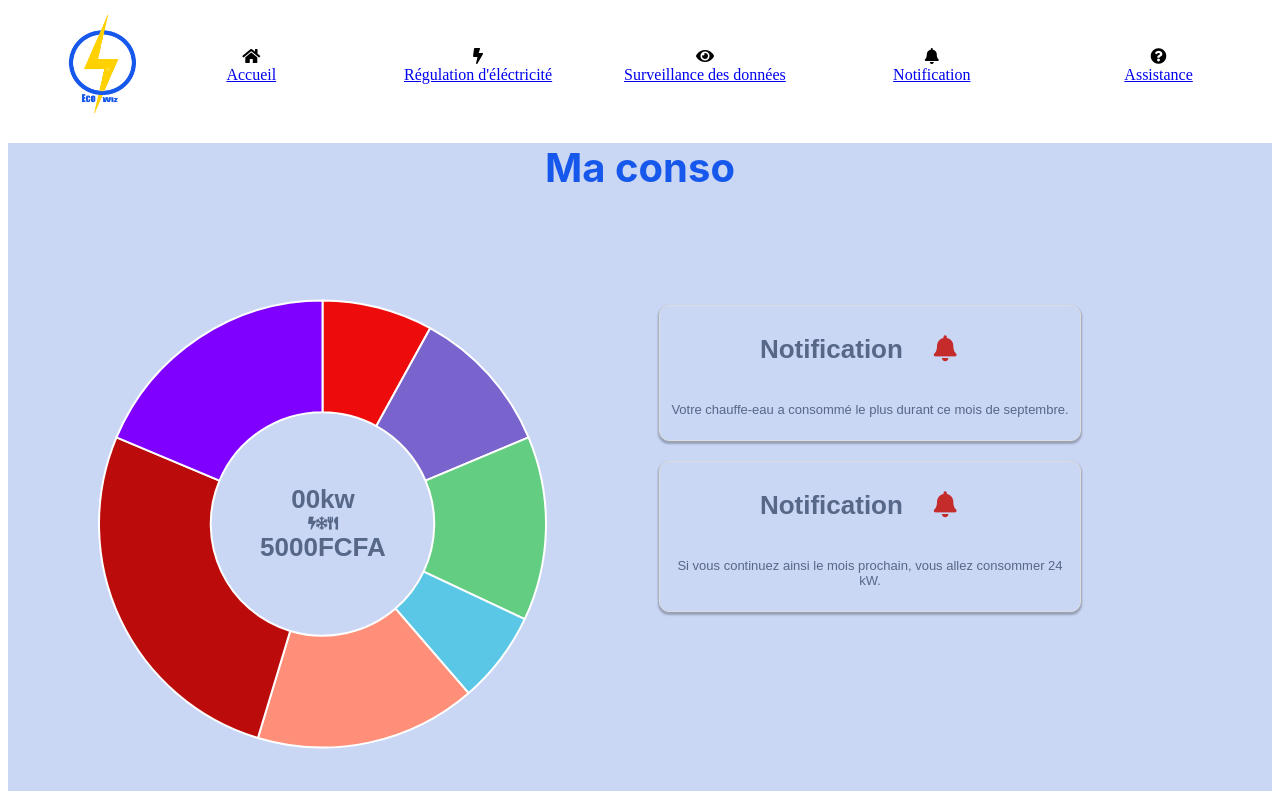
Repository: hamdia200/OSC-Ecowiz
Page: http://localhost/accueil
The author's editor kept a copy of each file at every save. The page is drawn from the files as they stood at one save, then again after the next save.
The browser window is 1280 px wide. The pictures show the whole page.
The page is served by the project's Laravel application, run on PHP 8.4 with Laravel 10. Other server files are loaded and not shown.

Above is the page before, as saved 2023-08-22 22:57:21.
Console error: TypeError: myChart._getArcLength is not a function

### routes/web.php
<?php

use Illuminate\Support\Facades\Route;

/*
|--------------------------------------------------------------------------
| Web Routes
|--------------------------------------------------------------------------
|
| Here is where you can register web routes for your application. These
| routes are loaded by the RouteServiceProvider and all of them will
| be assigned to the "web" middleware group. Make something great!
|
*/

Route::get('/', function () {
    return view('welcome');
});

Route::get('/centrale', function () {
    return view('centrale');
});
Route::get('/accueil', function () {
    return view('accueil');
});
Route::get('/inscription', function () {
    return view('inscription');
});
Route::get('/login', function () {
    return view('login');
});
Route::get('/regulation', function () {
    return view('regulation');
});
Route::get('/Surveillance', function () {
    return view('Surveillance');
});

### resources/views/accueil.blade.php
@extends ("menu")
@section('content')
<meta charset="UTF-8">
    <meta name="viewport" content="width=device-width, initial-scale=1.0">
    <link rel="stylesheet" href="https://cdnjs.cloudflare.com/ajax/libs/font-awesome/5.15.3/css/all.min.css">
    <script src="https://cdn.jsdelivr.net/npm/chart.js"></script>
    <title>Accueil</title>
    <style>

        .body{
            display: flex;
        }
        .container{
            background-color: #C9D6F4;
            max-width: 100%;
            height: 90vh;
            color: #566787;
            font-size: 13px;font-family: 'Varela Round', sans-serif;


        }
        .circle-container {
            position: relative;
            width: 300px;
            height: 300px;
            margin: 5rem;
        }

        .chart-container {
            position: relative;
            width: 449.994px;
            height: 449.994px;
            display: flex;
            flex-direction: column;
            align-items: center;
            padding-left: 10px;
            padding-right: 10px;
        }

        .notification-container {
            width: 100%;
            text-align: center;
            margin-top: 20px;
            display: flex;
            flex-direction: column;
            align-items: center;
            padding-left: 50px;
            padding-right: 50px;
        }

        .notification {
            padding: 10px;
            margin: 10px;
            border: 1px solid #ddd;
            width: 80%;
            max-width: 400px;
            text-align: center;
            border-radius: 10px;
            background: #C9D6F4;
            box-shadow: 0px 2px 2px 1px rgba(0, 0, 0, 0.25);
        }
        .content{
            display: flex;
            align-items: center;
            justify-content: space-between;
        }
        .icon{
            position: absolute;
            top: 50%;
            left: 50%;
            transform: translate(-50%, -50%);
            width: 100%;
            height: 100%;
            display: flex;
            justify-content: center;
            align-items: center;
        }
        .chiffre {
            position: absolute;
            top: 50%;
            left: 50%;
            transform: translate(-50%, -50%);
            text-align: center;
            }
            .text{
                text-align: center;
                color: var(--primary, #1758EC);
                font-family: Inter;
                font-size: 20px;
                font-style: normal;
                font-weight: 700;
                line-height: normal;
                border-radius: 10px;
                border: 0px solid #000;
                flex-shrink: 0;
            }



    </style>


    </style>
    <body>
    <div class="container">
        <div class="text">
            <h1>Ma conso </h1>
        </div>
        <div class="content">
                <div class="circle-container">
                    <div class="chart-container">
                        <canvas id="myChart"></canvas>
                        <div class="chiffre">
                            <h1>00kw</h1>
                            <h1>5000FCFA</h1>
                        </div>
                        <div class="icon">
                            <i class="fas fa-bolt icon-left"></i>
                            <i class="fas fa-snowflake icon-top" ></i>
                            <i class="fas fa-utensils icon-bottom"></i>

                        </div>
                    </div>
                </div>

                <div class="notification-container">
                    <div class="notification">
                        <h1>Notification <i class="fas fa-bell" style="width: 50px; height: 50px; padding-left:10px; padding-right:10px;color:#C52B2B"></i></h1>
                        <p>Votre chauffe-eau a consommé le plus durant ce mois de septembre.</p>
                    </div>
                    <div class="notification">
                        <h1>Notification <i class=" fas fa-bell" style="width: 50px; height: 50px; padding-left:10px; padding-right:10px;color:#C52B2B"></i></h1>
                        <p>Si vous continuez ainsi le mois prochain, vous allez consommer 24 kW.</p>
                    </div>
                </div>
        </div>
                <script>

                    var ctx = document.getElementById('myChart').getContext('2d');
                    var myChart = new Chart(ctx, {
                        type: 'doughnut', // Type de graphique en forme de cercle
                        data: {
                            labels: ['Chauffe-eau ', 'Climatisation', 'Téléviseur','Réfrigerateur','ventilateur','ampoule','Thermostre'], // Étiquettes de chaque section
                            datasets: [{
                                data: [30, 40, 50,25,60,100,70], // Données pour chaque section
                                backgroundColor: ['#EE0B0B', '#7963CD', '#63CD81','#5BC7E6','#FF8F78','#BB0B0B','#7F00FF'],
                            }]
                        },
                        options: {
                        plugins: {
                            legend: {
                                display: false // Masquer la légende
                            },
                            pieceLabel: {
                                render: 'image', // Utiliser une image comme étiquette
                                fontColor: 'black', // Couleur du texte
                                imageOffset: {x: 0, y: 0}, // Ajuster le décalage de l'image
                                position: 'border', // Position de l'image (inside, outside, border)
                                images: [{src: 'venti.png', width: 40, height: 40},{src: 'light.png', width: 40, height: 40}],// Configurer l'image de l'icône
                            }
                        }
                    }
                    });

                    var iconContainer = document.querySelector('.icon');
                    var sections = myChart.data.datasets[0].data;
                    var iconWidth = 40; // Largeur de l'icône en pixels
                    var radius = myChart.innerRadius + (myChart.outerRadius - myChart.innerRadius) / 2;

                    sections.forEach(function (value, index) {
                    var angle = (myChart.startAngle + myChart._getArcLength() * (index + 0.5)) - Math.PI / 2;
                    var icon = document.createElement('img');
                    icon.src = index === 0 ? 'chauffe-eau.png' : 'clim.png';
                    icon.width = icon.height = iconWidth;
                    icon.style.position = 'absolute';
                    icon.style.top = radius * Math.sin(angle) + 'px';
                    icon.style.left = radius * Math.cos(angle) + 'px';
                    icon.style.transform = 'translate(-50%, -50%)';
                    iconContainer.appendChild(icon);
        });
                </script>

        </body>

        </html>
    </div>
@endsection

### resources/views/menu.blade.php
<!DOCTYPE html>
<html>
    <head>
        <meta charset="UTF-8">
        <meta name="viewport" content="width=device-width, initial-scale=1.0">
        <link rel="stylesheet" href="{{asset('bootstrap-5/css/bootstrap.min.css')}}">
        <link rel="stylesheet" href="{{asset('icofont/icofont.min.css')}}">
        <link rel="stylesheet" href="https://maxcdn.bootstrapcdn.com/font-awesome/4.7.0/css/font-awesome.min.css">
        <link rel="stylesheet" href="https://cdnjs.cloudflare.com/ajax/libs/font-awesome/5.15.3/css/all.min.css">

        <title>menu</title>
        <style>
            body {
                overflow: hidden;
            }
            .menu-horizontal {
                list-style-type: none;
                display: flex;
                align-items: center;
                justify-content: center;
                background-color:#FFFFFF;
                height: 100px;
            }

            .menu-horizontal li {
                margin: 0;
                padding: 0;
                flex: 1;
                text-align: center; /* Centre le contenu */
            }

            .menu-item {
                display: flex;
                flex-direction: column;
                align-items: center;
                justify-content: center;
                text-decoration: none;
            }

            .menu-icon {
                width: 50px;
                height: 50px;
            }

            .menu-text {
                display: flex;
                justify-content: center;
                font-size: 16px;
                align-items: center;
                margin-top: 2px;
                padding-inline: -5px;
                text-decoration: none;


            }

            .logo {
                padding-left: 20px;
                height: 100px;
            }
            .wrap  {
                margin-inline:  auto  ;
            }
            .head{
                position: sticky;
            }
        </style>
    </head>

    <body>
        <header class="head">
                <ul class="menu-horizontal fixed-top wrap">
                    <div class="header">
                        <img src="{{asset('/image/ecow.png')}}" alt="" class="logo">
                    </div>
                    <li>
                        <span class="menu-item">
                            <i class="fas fa-home"></i> <a href="accueil.blade.php"><span class="menu-text">Accueil</span></a>
                        </span>

                    </li>
                    <li>
                        <span class="menu-item">
                            <i class="fas fa-bolt"></i> <a href="regulation.blade.php"><span class="menu-text">Régulation d'éléctricité </span></a>
                        </span>
                    </li>

                    <li>
                        <span class="menu-item">
                            <i class="fas fa-eye"></i> <a href="Surveillance.blade.php"><span class="menu-text">Surveillance des données </span></a>
                        </span>
                    </li>
                    <li>
                        <span class="menu-item">
                            <i class="fas fa-bell"></i> <a href="notification.blade.php"><span class="menu-text">Notification</span></a>
                        </span>
                    </li>
                    <li>
                        <span class="menu-item">
                            <i class="fas fa-question-circle"></i> <a href="assistance.blade.php"><span class="menu-text">Assistance</span></a>
                        </span>
                    </li>
                </ul>

        </header>
        <div class="container">
                @yield('content')
        </div>

    </body>


</html>

After the next save:
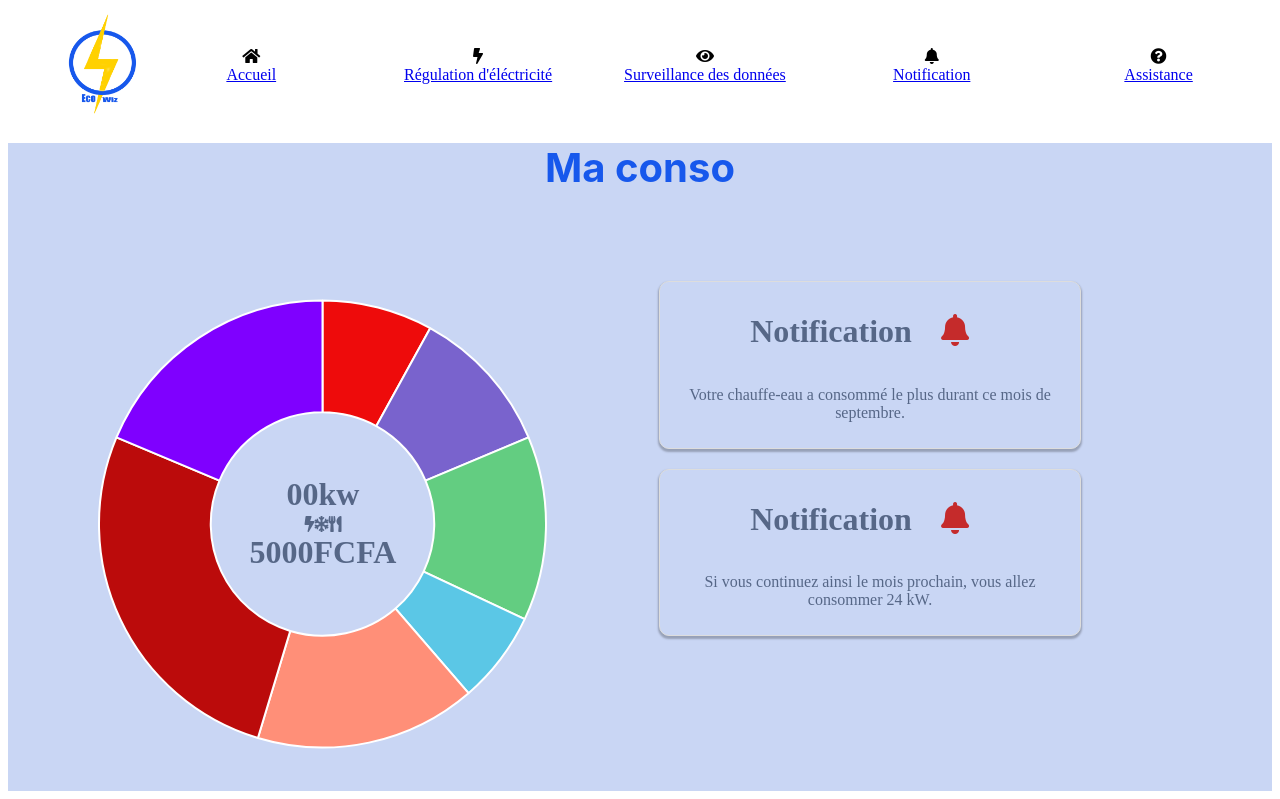
Saved 4 s later.
--- a/resources/views/accueil.blade.php
+++ b/resources/views/accueil.blade.php
@@ -15,7 +15,7 @@
             max-width: 100%;
             height: 90vh;
             color: #566787;
-            font-size: 13px;font-family: 'Varela Round', sans-serif;
+
 
 
         }
